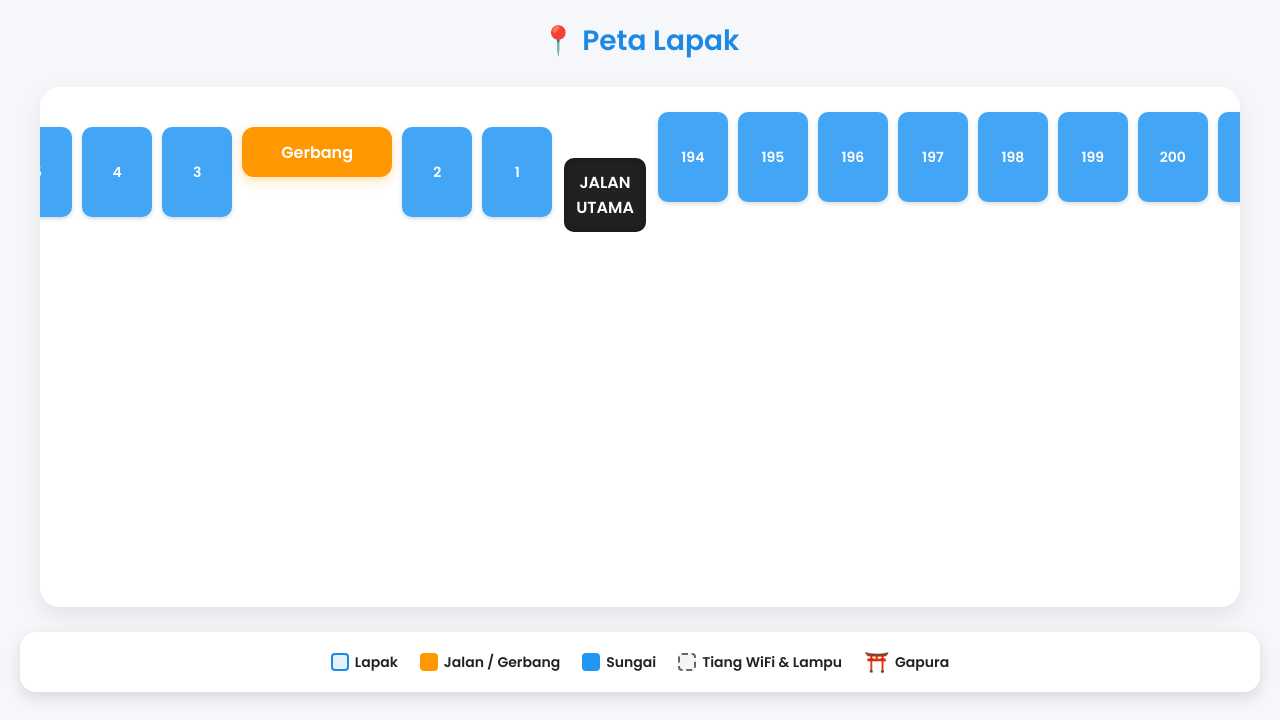
Repository: pasarrakyatbak/denah
Page: index.html
An editor plug-in stored every save of this project. The page is shown before and after a run of saves, followed by the edit.
The browser window is 1280 px wide. The pictures show the whole page.

Above is the page before, as saved 2025-09-19 18:27:40.

After the next 2 saves:
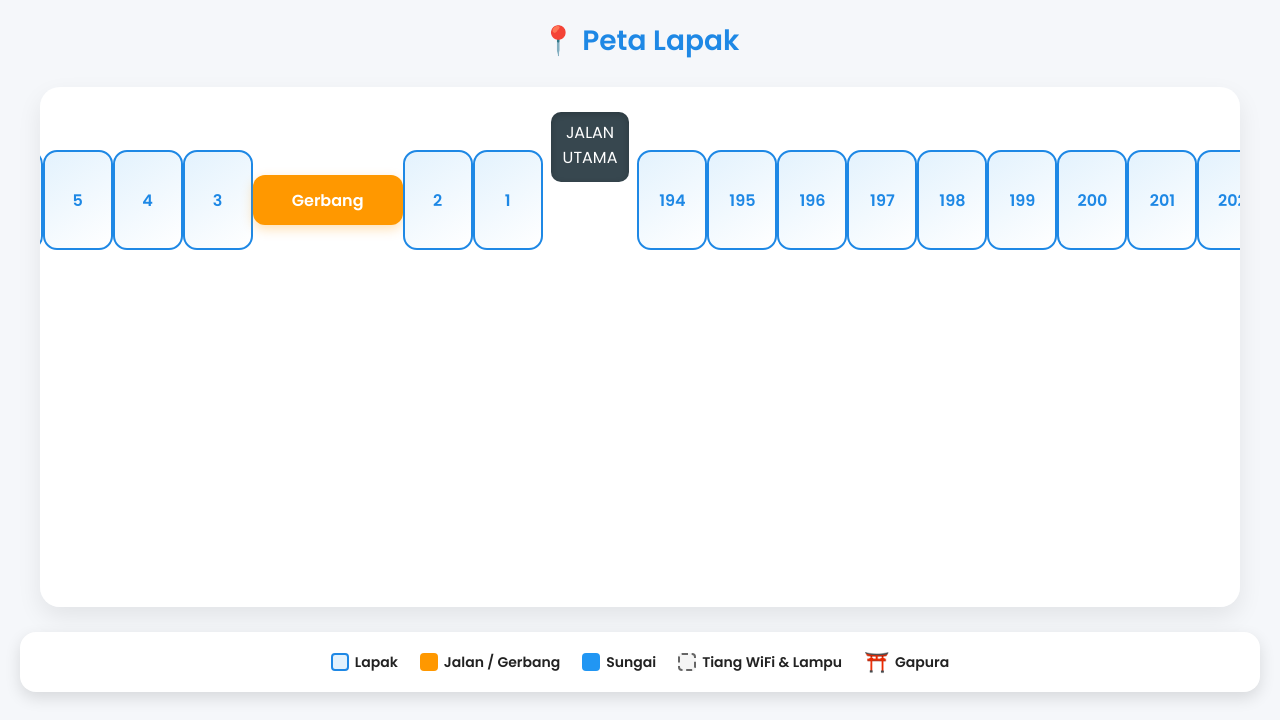
The 2 saves are shown as one change because they came seconds apart.
The last was saved 17 s later.
--- a/style.css
+++ b/style.css
@@ -36,57 +36,59 @@ h1 {
 /* Container horizontal */
 .h-inner {
     display: flex;
-    align-items: center;
-    gap: 12px;
-    justify-content: center;
+    align-items: stretch;
+    gap: 8px;
     width: 100%;
-}
-
+    justify-content: center;
+}
+
+
+/* Baris konten */
 .row {
     display: flex;
-    justify-content: center;
-    gap: 10px;
-}
-
-
+    align-items: center;
+    gap: 0;
+    width: 100%;
+    min-width: max-content;
+}
+
+/* Lapak modern */
 .lapak {
     width: 70px;
-    height: 90px;
-    background: #42a5f5;
-    color: #fff;
-    font-size: 14px;
+    height: 100px;
+    border-radius: 14px;
+    background: linear-gradient(145deg, #e3f2fd, #ffffff);
+    border: 2px solid #1e88e5;
+    color: #1e88e5;
     font-weight: 600;
-    border-radius: 10px;
-    display: flex;
-    align-items: center;
-    justify-content: center;
-    box-shadow: 0 2px 4px rgba(0, 0, 0, 0.15);
+    display: flex;
+    align-items: center;
+    justify-content: center;
     cursor: pointer;
-    transition: transform 0.2s;
+    font-size: 16px;
+    transition: all 0.3s ease;
 }
 
 .lapak:hover {
-    transform: scale(1.08);
     background: #1e88e5;
-}
-
+    color: #fff;
+    transform: translateY(-6px) scale(1.08);
+    box-shadow: 0 10px 18px rgba(30, 136, 229, 0.35);
+}
 
 /* Jalan utama hitam tengah */
 .road {
-    background: #212121;
-    color: #fff;
-    font-weight: 600;
-    text-align: center;
-    padding: 12px;
+    flex: 1;
+    min-height: 70px;
+    background: #37474f;
+    color: #fff;
+    display: flex;
+    flex-direction: column;
+    justify-content: space-between;
+    padding: 8px 12px;
+    gap: 12px;
     border-radius: 10px;
-    box-shadow: inset 0 0 10px rgba(0, 0, 0, 0.3);
-}
-
-
-.road-wrapper {
-    display: flex;
-    align-items: center;
-    justify-content: center;
+    box-shadow: inset 0 2px 6px rgba(0, 0, 0, 0.2);
 }
 
 /* Baris lapak di sisi jalan */
@@ -273,7 +275,8 @@ h1 {
 
 /* Rumput sisi kiri & kanan */
 .rumput {
-    width: 40px;
+    width: 60px;
+    height: 100%;
     background: repeating-linear-gradient(45deg,
             #66bb6a,
             #66bb6a 10px,
@@ -283,13 +286,6 @@ h1 {
     box-shadow: inset 0 1px 3px rgba(0, 0, 0, 0.15);
 }
 
-.content-wrapper {
-    display: flex;
-    flex-direction: column;
-    gap: 16px;
-    flex: 1;
-}
-
 /* Responsive */
 @media(max-width:900px) {
     .scroll-container {
